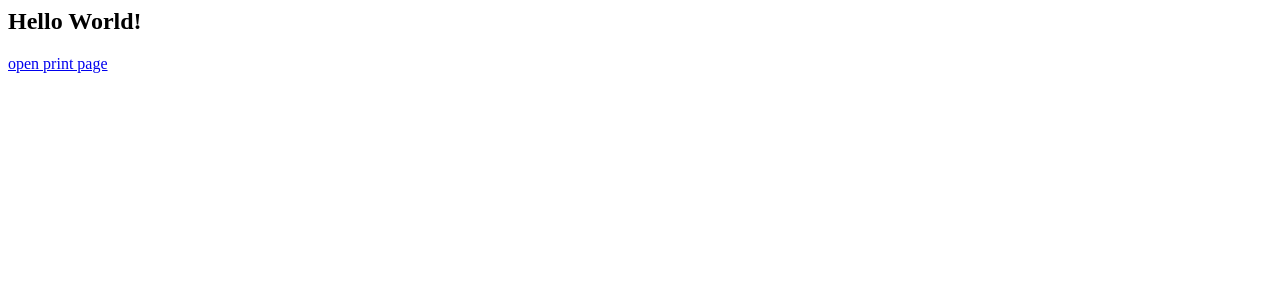
Repository: Nitin-Kalshetty/Training_Java
Page: http://localhost/SecretMessage/
The author's editor kept a copy of each file at every save. The page is drawn from the files as they stood at one save, then again after the next save.
The browser window is 1280 px wide. The pictures show the whole page.
The page is served by Tomcat 9.

Above is the page before, as saved 2023-05-31 09:34:49.

After the next save:
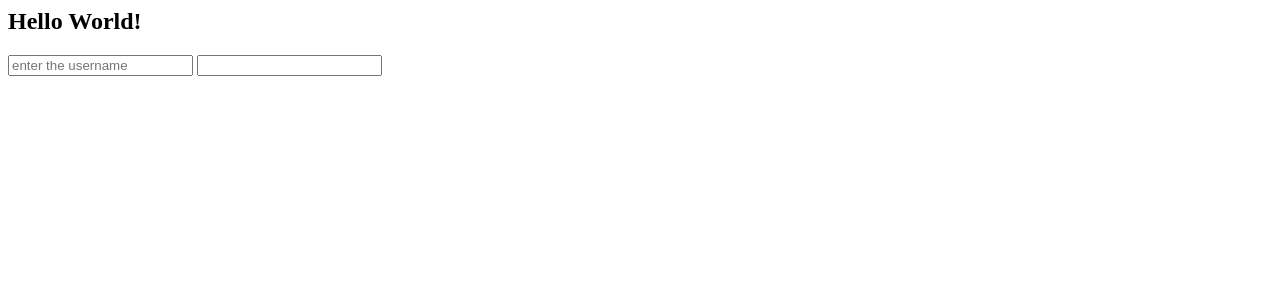
Saved 9 min 18 s later.
--- a/SecretMessage/src/main/webapp/index.jsp
+++ b/SecretMessage/src/main/webapp/index.jsp
@@ -1,6 +1,11 @@
 <html>
 <body>
 <h2>Hello World!</h2>
-<a href="print" >open print page</a>
+
+<form action="">
+	<input name="username" placeholder="enter the username" />
+	<input>
+
+</form>
 </body>
 </html>
